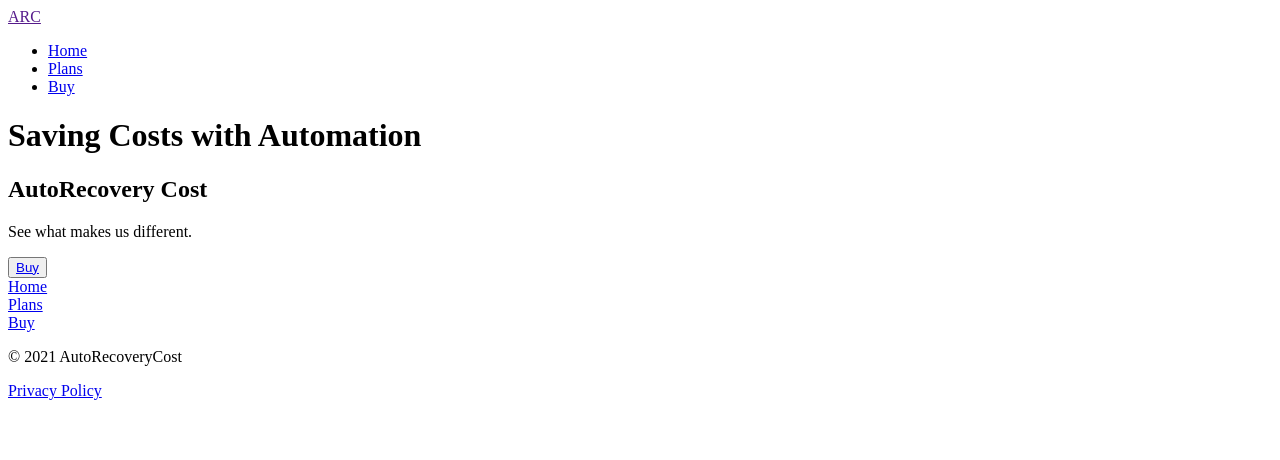
Repository: batmikun/Courses
Page: Front-End/SPA NATIVE JS/src/index.html
These files come from the project's save history. The page is drawn as it stood at one moment and after the next save; the edit follows.
The browser window is 1280 px wide. The pictures show the whole page.

Above is the page before, as saved 2021-11-21 17:08:29.

### Front-End/SPA NATIVE JS/src/index.html
<!DOCTYPE html>
<html lang="en">
    <head>
        <meta charset="UTF-8">
        <meta http-equiv="X-UA-Compatible" content="IE=edge">
        <meta name="viewport" content="width=device-width, initial-scale=1.0">
        <title>AutoRecovery Cost</title>
    </head>
    <body>
        <nav class="navbar">
            <div class="navbar__container">
                <a href="" id="navbar__logo">
                    ARC
                </a>
                <div class="navbar__toggle" id="mobile-menu">
                    <span class="bar"></span>
                    <span class="bar"></span>
                    <span class="bar"></span>
                </div>
                <ul class="navbar__menu">
                    <li class="navbar__item">
                        <a id="" href="#" class="navbar__link">Home</a>
                    </li>
                    <li class="navbar__item">
                        <a id="Products" href="#" class="navbar__link">Plans</a>
                    </li>
                    <li class="navbar__btn">
                        <a href="#" id="" class="button">Buy</a>
                    </li>
                </ul>
            </div>
        </nav>

        <div class="main">
            <div class="main__container">
                <div class="main__content">
                    <h1>Saving Costs with Automation</h1>
                    <h2>AutoRecovery Cost</h2>
                    <p>See what makes us different.</p>
                    <button class="main__btn">
                        <a href="#" id="Products">Buy</a>
                    </button>
                </div>
            </div>
        </div>

        <section id="root"></section>

        <footer class="footer">
            <div class="footer__container">
                <div class="footer__row__1">
                    <div class="footer__column__1">
                        <a id="" href="#" class="navbar__link">Home</a>
                    </div>
                    <div class="footer__column__2">
                        <a id="Products" href="#" class="navbar__link">Plans</a>
                    </div>
                    <div class="footer__column__3">
                        <a href="#" id="" class="navbar__link">Buy</a>
                    </div>
                </div>
                <div class="footer__row__2">
                    <p>&copy; 2021 AutoRecoveryCost</p>
                    <a href="#">Privacy Policy</a>
                </div>
            </div>
        </footer>
    </body>
</html>

After the next save:
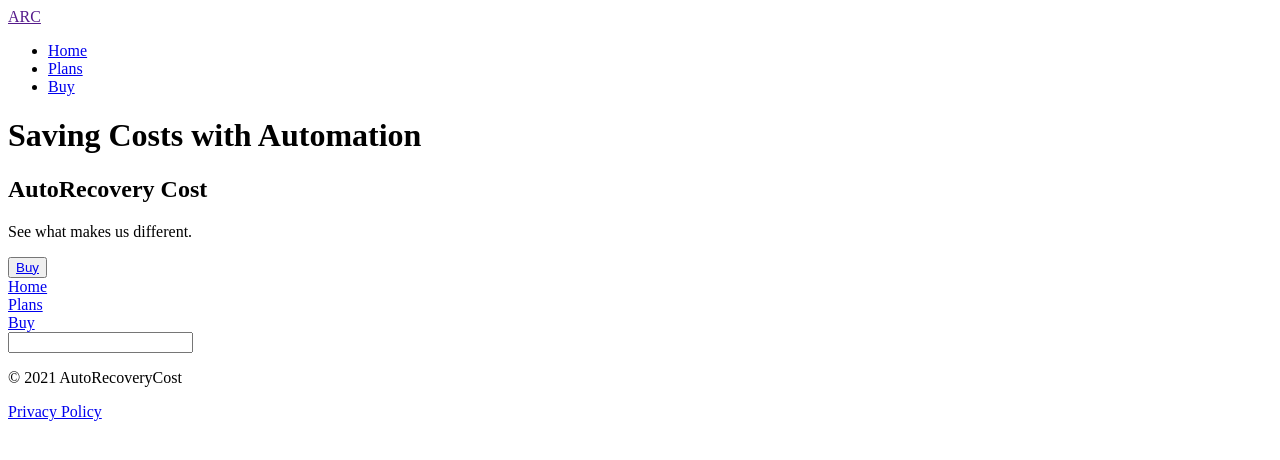
Saved 100 s later.
--- a/Front-End/SPA NATIVE JS/src/index.html
+++ b/Front-End/SPA NATIVE JS/src/index.html
@@ -58,6 +58,9 @@
                     <div class="footer__column__3">
                         <a href="#" id="" class="navbar__link">Buy</a>
                     </div>
+                    <div class="footer__column__4">
+                        <input>
+                    </div>
                 </div>
                 <div class="footer__row__2">
                     <p>&copy; 2021 AutoRecoveryCost</p>
